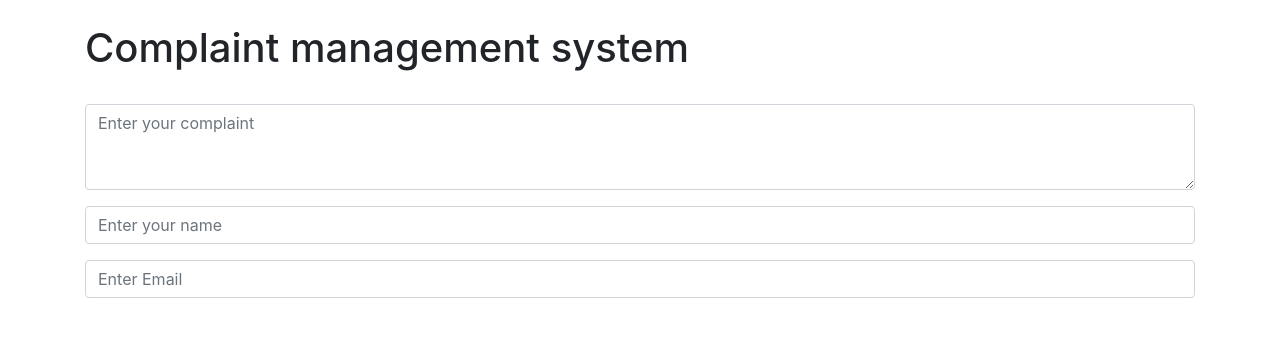
Repository: mkejeiri/Java-Entreprise
Page: http://localhost/complaintsystem/helloWorld
These files come from the project's save history. The page is drawn as it stood at one moment and after the next save; the edit follows.
The browser window is 1280 px wide. The pictures show the whole page.
The page is served by Tomcat 9.

Above is the page before, as saved 2018-05-10 19:21:17.

After the next save:
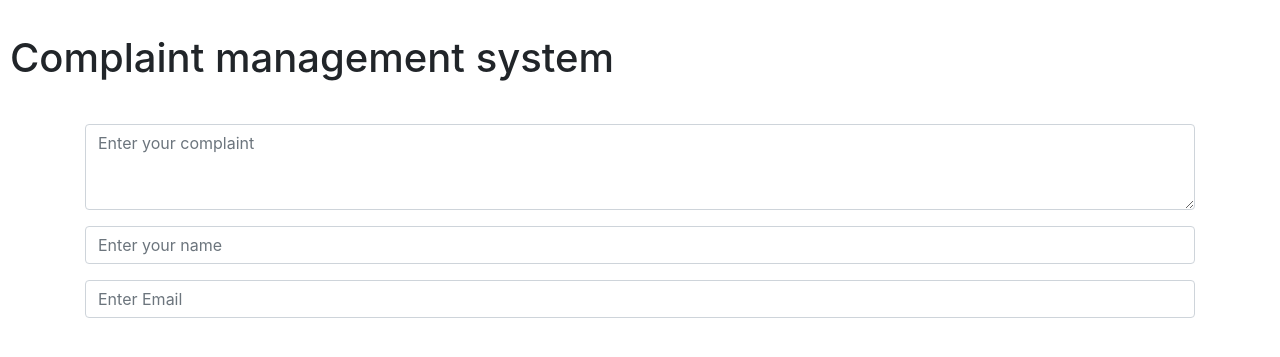
Saved 84 s later.
--- a/complaintsystem/complaintsystem/WebContent/WEB-INF/HelloWorld.jsp
+++ b/complaintsystem/complaintsystem/WebContent/WEB-INF/HelloWorld.jsp
@@ -5,13 +5,17 @@
 <head>
 <meta http-equiv="Content-Type" content="text/html; charset=UTF-8">
 <link rel="stylesheet" href="https://stackpath.bootstrapcdn.com/bootstrap/4.1.1/css/bootstrap.min.css" integrity="sha384-WskhaSGFgHYWDcbwN70/dfYBj47jz9qbsMId/iRN3ewGhXQFZCSftd1LZCfmhktB" crossorigin="anonymous">
-
-
+<style>
+	.spacing {
+		padding:5px;
+		margin:5px;
+	}
+</style>
 <title>Insert title here</title>
 </head>
 <body>
 	<br/>
-	<div class="container">
+	<div class="container spacing">
 		<h1>Complaint management system</h1>
 	</div><br/>
 	<div class="container">
